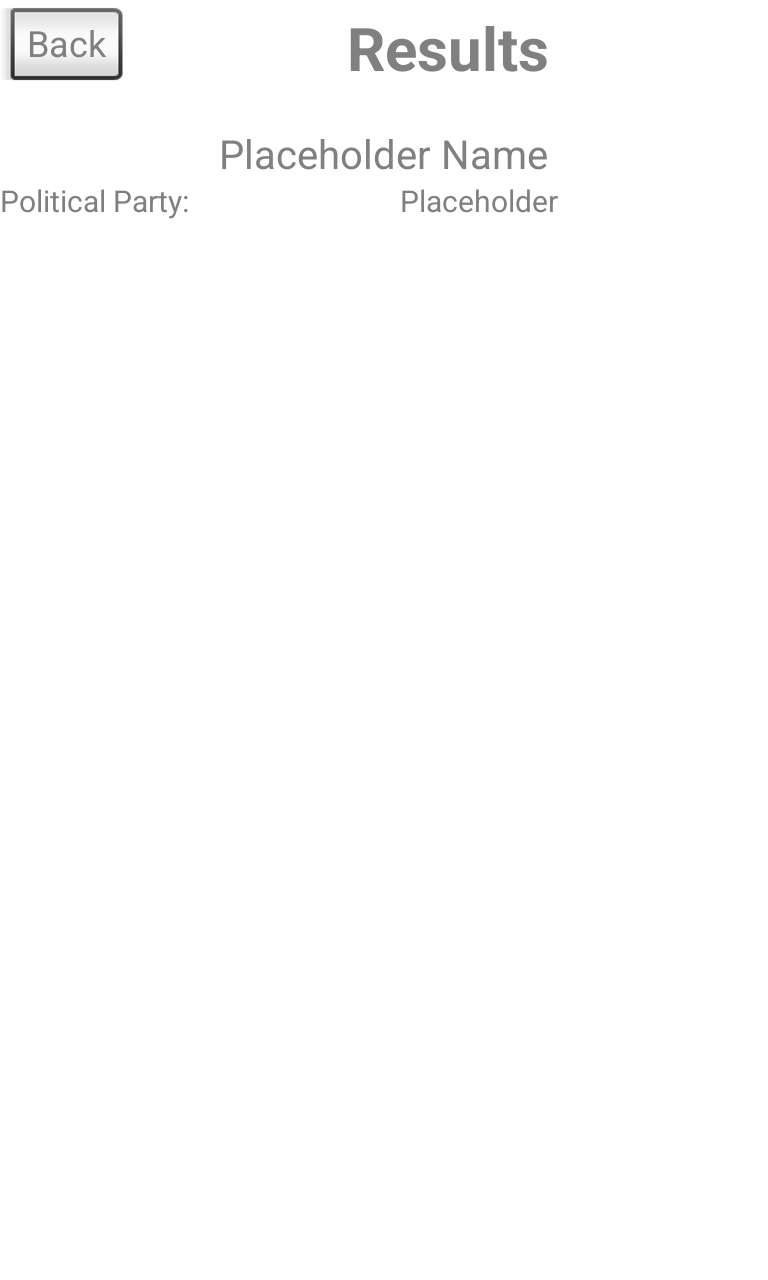
Repository: scottcaruso/Java_I_1307_Week4
Layout: myGov/res/layout/politician_display.xml
The author's editor kept a copy of each file at every save. The layout is drawn from the files as they stood at one save, then again after the next save.
It is drawn on a 768 x 1280 px phone screen (xhdpi) without system bars, with theme AppTheme; the app's code is not run.

Above is the layout before, as saved 2013-08-01 21:09:45.

### myGov/res/layout/politician_display.xml
<?xml version="1.0" encoding="utf-8"?>
<LinearLayout xmlns:android="http://schemas.android.com/apk/res/android"
    android:layout_width="match_parent"
    android:layout_height="match_parent"
    android:orientation="vertical" >


    <LinearLayout
        android:layout_width="match_parent"
        android:layout_height="wrap_content"
        android:orientation="horizontal">
	    <Button
	        android:id="@+id/back"
	        style="@android:style/Widget.Holo.Button.Inset"
	        android:layout_width="wrap_content"
	        android:layout_height="wrap_content"
	        android:hint="@string/back" />

	    <TextView
	        android:id="@+id/foundpoliticians"
	        android:layout_width="match_parent"
	        android:layout_height="wrap_content"
	        android:layout_gravity="center"
	        android:gravity="center"
	        android:hint="@string/results"
	        android:textStyle="bold"
	        android:textSize="30sp" />

    </LinearLayout>

        <TextView
            android:id="@+id/politicianName"
            android:layout_width="wrap_content"
            android:layout_height="wrap_content"
            android:layout_gravity="center_horizontal"
            android:layout_marginTop="15dp"
            android:gravity="center"
            android:hint="@string/politician_name"
            android:textSize="20sp" />

     <LinearLayout
         android:layout_width="match_parent"
         android:layout_height="wrap_content"
         android:orientation="horizontal" >

         <TextView
             android:id="@+id/partylabel"
             android:layout_width="wrap_content"
             android:layout_height="wrap_content"
             android:hint="@string/political_party_"
             android:textSize="15sp" />

         <TextView
             android:id="@+id/partytext"
             android:layout_width="match_parent"
             android:layout_height="wrap_content"
             android:layout_gravity="center"
	         android:gravity="center"
             android:hint="@string/placeholder"
             android:textSize="15sp" />
     </LinearLayout>

final TextView polLabel = UIElementCreator.createLabel(currentMainContext, "Politician Name: ");
				final TextView polPartyLabel = UIElementCreator.createLabel(currentMainContext, "Party Affiliaition: ");
				final TextView polStateLabel = UIElementCreator.createLabel(currentMainContext, "From State: ");
				final TextView polTermLabel = UIElementCreator.createLabel(currentMainContext, "Term Started: ");
				final TextView polTwitterLabel = UIElementCreator.createLabel(currentMainContext, "Twitter Handle: ");
				final TextView polWebsiteLabel = UIElementCreator.createLabel(currentMainContext, "Website Address: ");

				final TextView polName = UIElementCreator.createLabel(currentMainContext,thisPol.getString("Name"));
				final TextView polParty = UIElementCreator.createLabel(currentMainContext, thisPol.getString("Party"));
				final TextView polState = UIElementCreator.createLabel(currentMainContext, thisPol.getString("State"));
				final TextView polTerm = UIElementCreator.createLabel(currentMainContext, thisPol.getString("Term Start"));
				final TextView polTwitter = UIElementCreator.createLabel(currentMainContext, thisPol.getString("Twitter"));
				final TextView polWebsite = UIElementCreator.createLabel(currentMainContext, thisPol.getString("Website"));

</LinearLayout>

### myGov/res/values/strings.xml
<?xml version="1.0" encoding="utf-8"?>
<resources>

    <string name="app_name">myGov</string>
    <string name="action_settings">Settings</string>
    <string name="hello_world">Hello world!</string>
    <string name="enter_zip">Enter Zip</string>
    <string name="search_now">Search Now</string>
    <string name="view_saved_politicians">View Saved Politicians</string>
    <string name="back">Back</string>
    <string name="results">Results</string>
    <string name="politician_name">Placeholder Name</string>
    <string name="political_party_">Political Party:</string>
    <string name="placeholder">Placeholder</string>

</resources>

Loaded but not shown: myGov/res/values/styles.xml (common file); myGov/res/values-v11/styles.xml (common file); myGov/res/values-v14/styles.xml (common file)

After the next save:
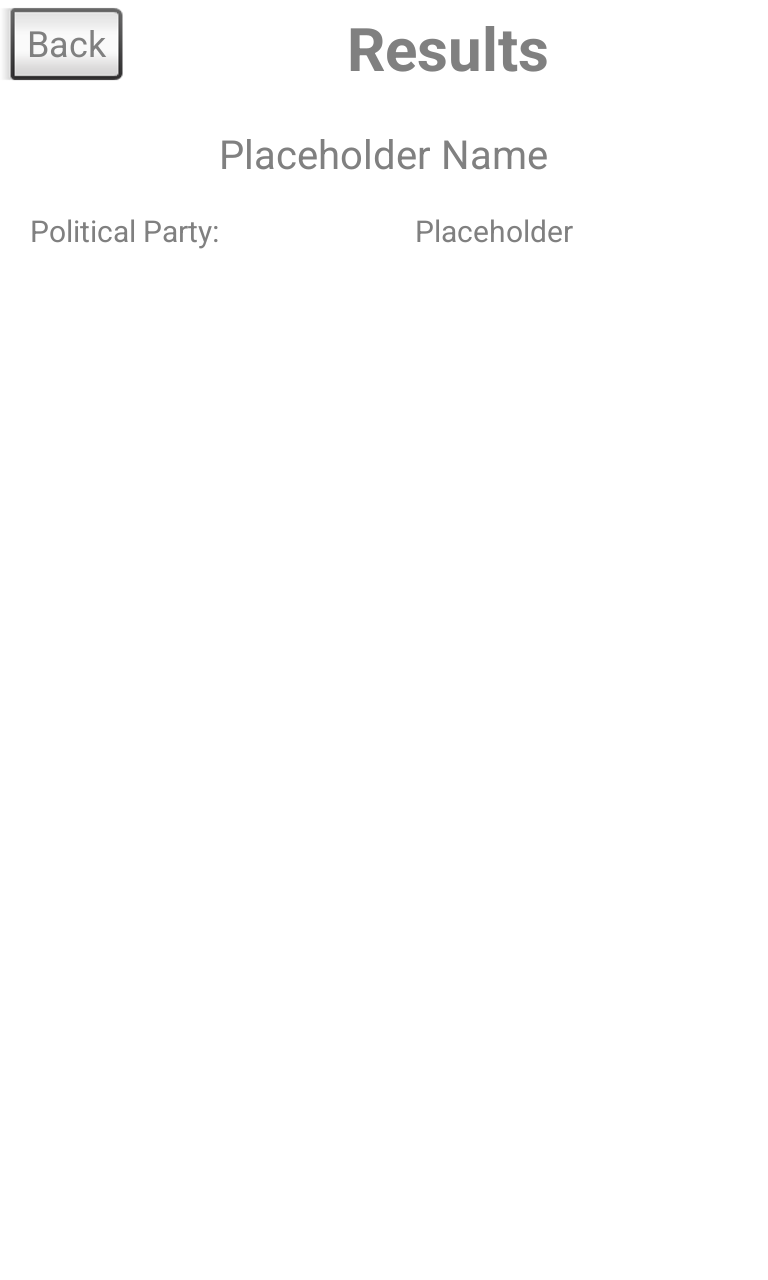
Saved 67 s later.
--- a/myGov/res/layout/politician_display.xml
+++ b/myGov/res/layout/politician_display.xml
@@ -41,12 +41,14 @@
      <LinearLayout
          android:layout_width="match_parent"
          android:layout_height="wrap_content"
+         android:layout_marginTop="15dp"
          android:orientation="horizontal" >
 
          <TextView
              android:id="@+id/partylabel"
              android:layout_width="wrap_content"
              android:layout_height="wrap_content"
+             android:layout_marginLeft="15dp"
              android:hint="@string/political_party_"
              android:textSize="15sp" />
 
